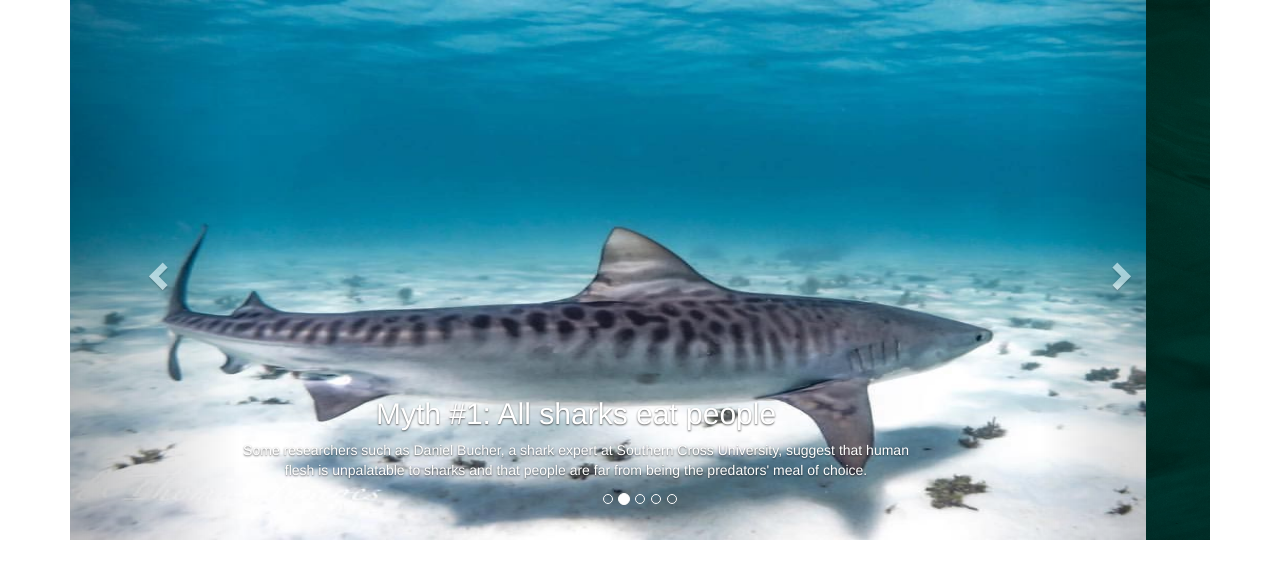
Repository: lacey-crenshaw/carousel
Page: index.html
The author's editor kept a copy of each file at every save. The page is drawn from the files as they stood at one save, then again after the next save.
The browser window is 1280 px wide. The pictures show the whole page.

Above is the page before, as saved 2020-02-16 17:54:57.

After the next save:
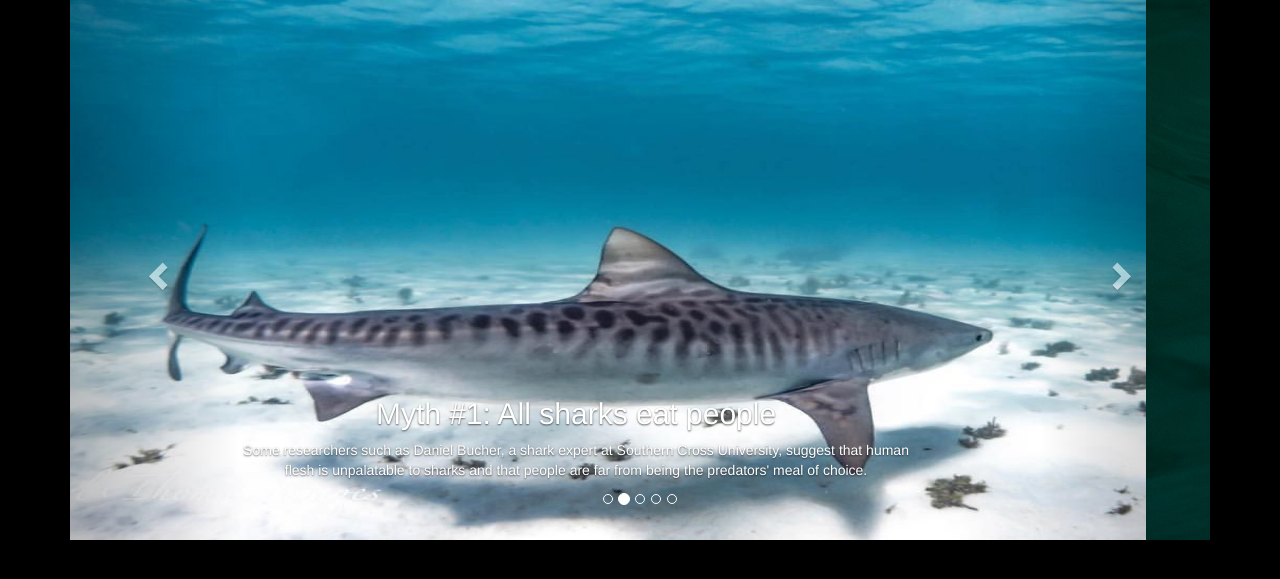
Saved 19 s later.
--- a/images/styles/styles.css
+++ b/images/styles/styles.css
@@ -1,3 +1,8 @@
+body {
+    background-color: black;
+}
+
+
 .carousel-inner>.item>img,
 .carousel-inner>.item>a>img {
     width: 100% !important;
